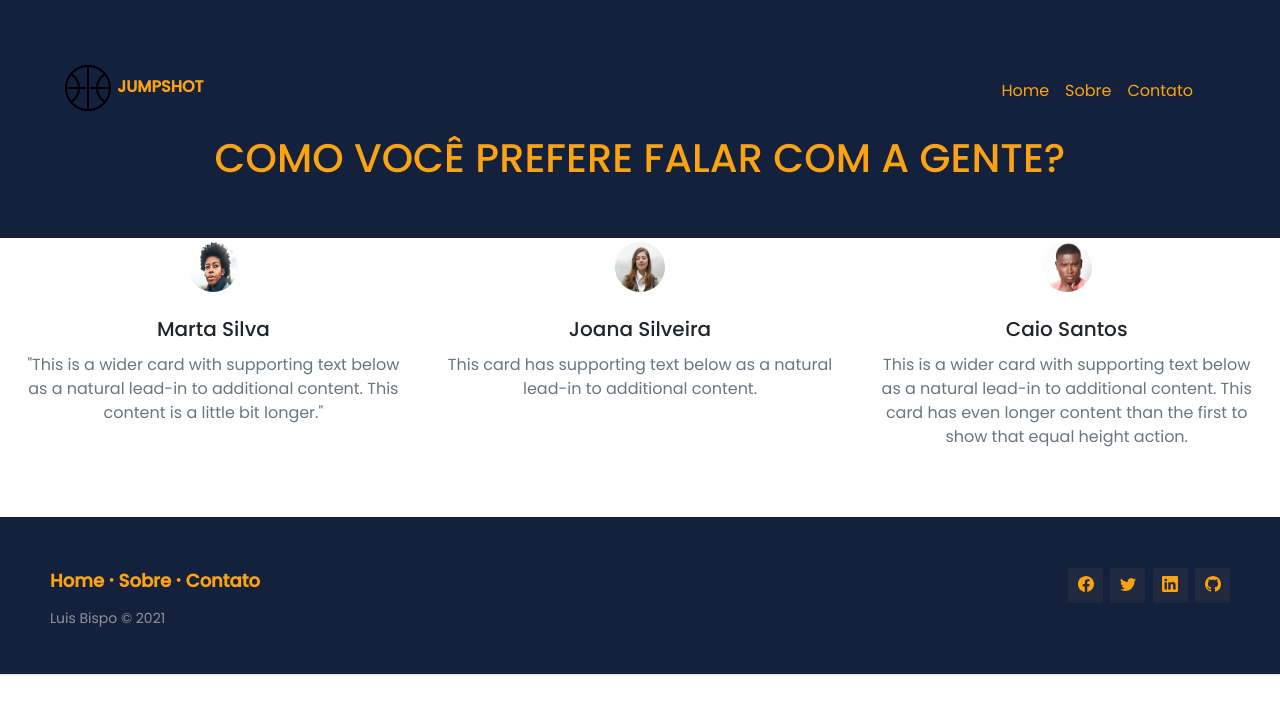
Repository: luisbisp/Jumpshot
Page: pages/contact.html
These files come from the project's save history. The page is drawn as it stood at one moment and after the next save; the edit follows.
The browser window is 1280 px wide. The pictures show the whole page.

Above is the page before, as saved 2021-07-07 20:08:07.

After the next save:
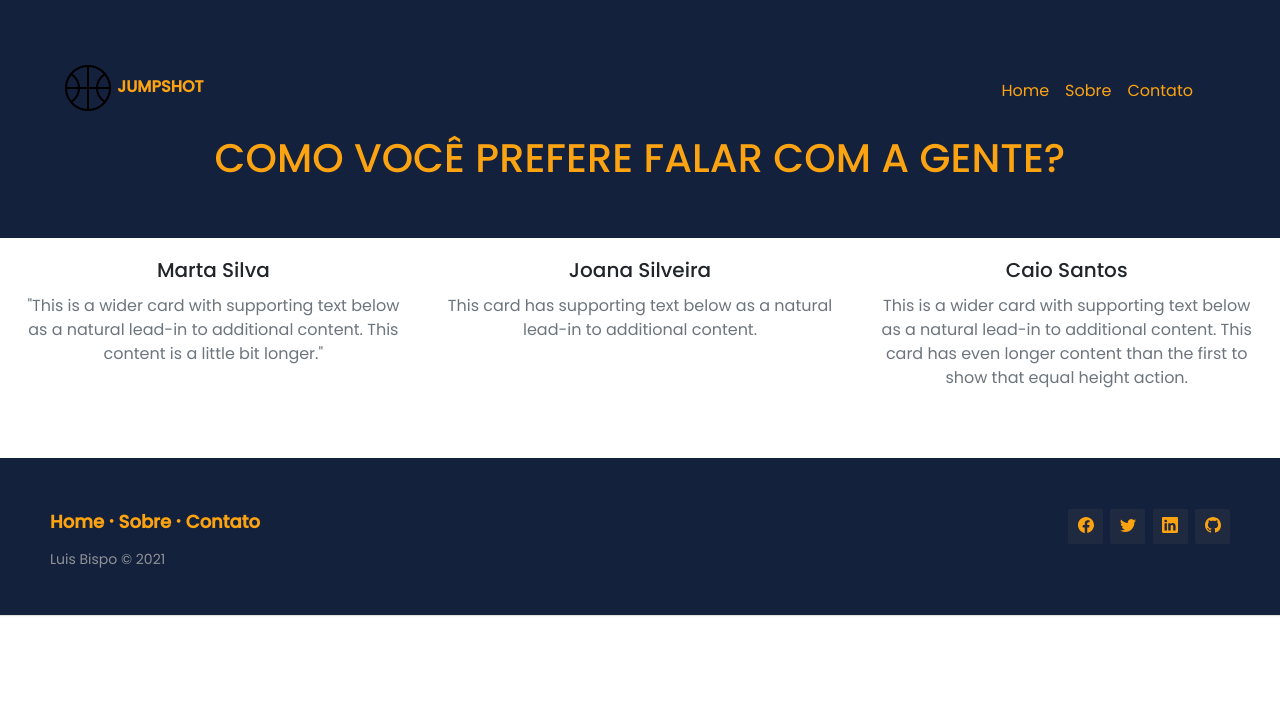
Saved 48 s later.
--- a/pages/contact.html
+++ b/pages/contact.html
@@ -65,7 +65,7 @@
         <div class="card-group">
             <div class="card border-0">
                 <div class="d-flex justify-content-center">
-                    <img class="photo-profile" src="./images/profile1.jpg" alt="Card image cap">
+
                 </div>
                 <div class="card-body">
                     <h5 class="card-title text-center">Marta Silva</h5>
@@ -77,7 +77,7 @@
             </div>
             <div class="card border-0">
                 <div class="d-flex justify-content-center">
-                    <img class="photo-profile" src="./images/profile2.jpg" alt="Card image cap">
+
                 </div>
                 <div class="card-body">
                     <h5 class="card-title text-center">Joana Silveira</h5>
@@ -89,7 +89,7 @@
             </div>
             <div class="card border-0">
                 <div class="d-flex justify-content-center">
-                    <img class="photo-profile" src="./images/profile3.jpg" alt="Card image cap">
+
                 </div>
                 <div class="card-body">
                     <h5 class="card-title text-center">Caio Santos</h5>
